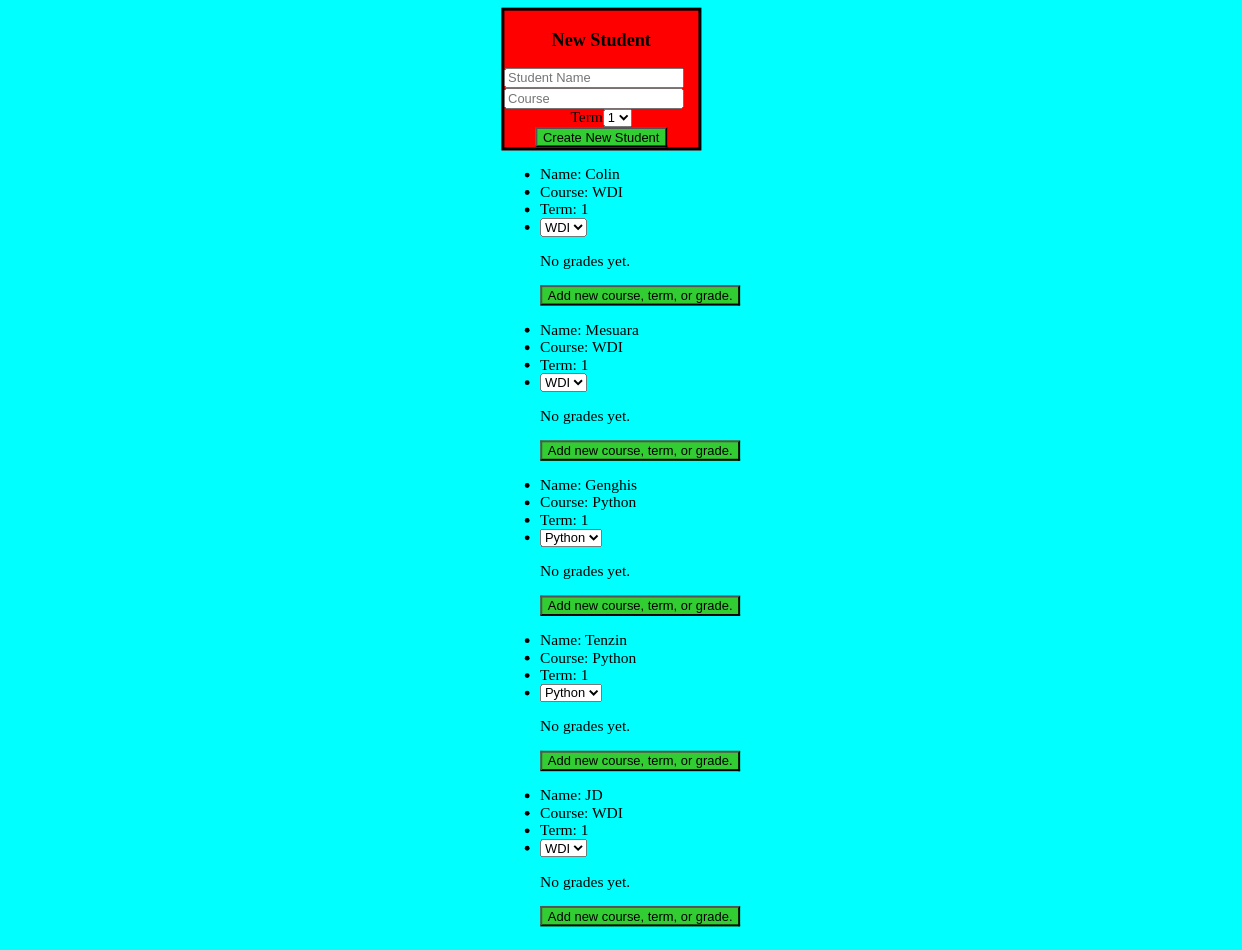
Repository: EdmontDantes/graderaide-ui
Page: index.html
The author's editor kept a copy of each file at every save. The page is drawn from the files as they stood at one save, then again after a run of saves.
The browser window is 1280 px wide. The pictures show the whole page, at 97% of full size.

Above is the page before, as saved 2020-04-21 14:35:50.

After the next 5 saves:
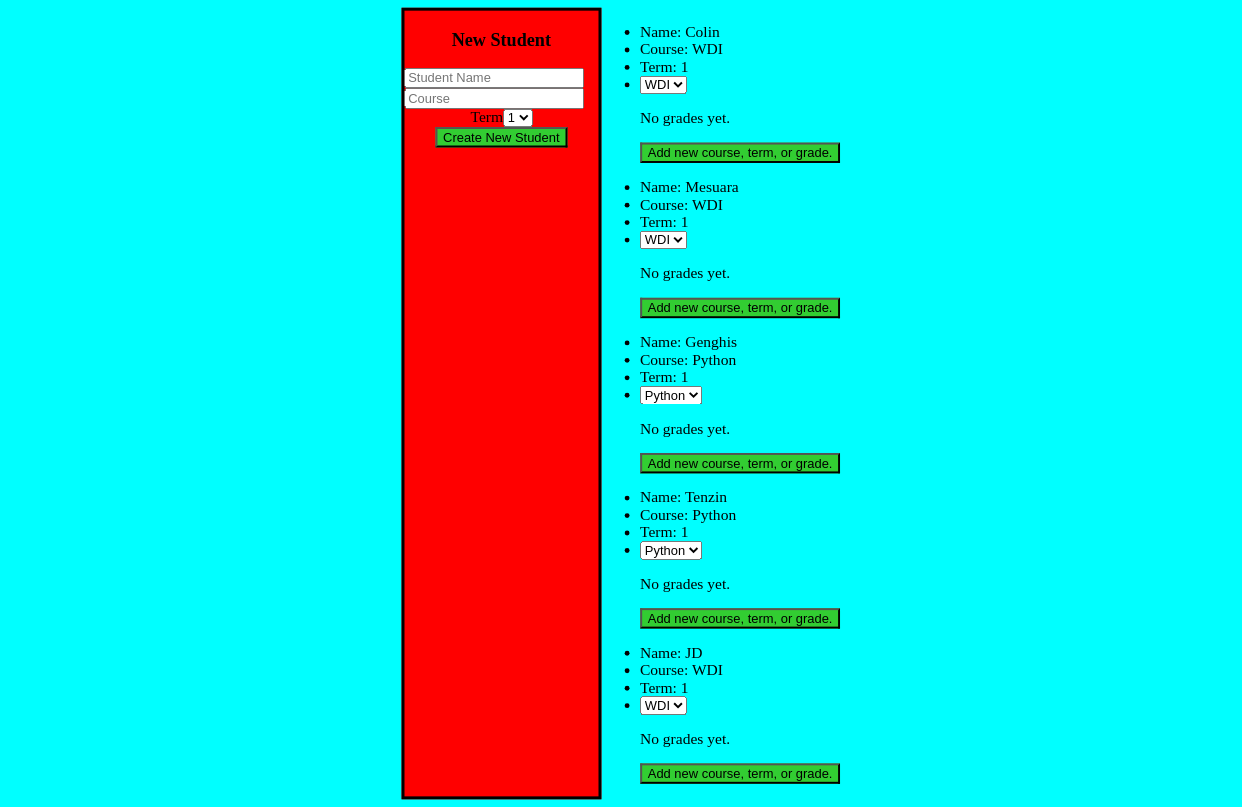
The 5 saves are shown as one change because they came seconds apart.
The last was saved 15 s later.
--- a/style.css
+++ b/style.css
@@ -6,6 +6,9 @@
     justify-content: center;
 }
 
+.app {
+    display: flex;
+}
 
 #text-h1-creation-section {
     display: flex;

After the 5 saves that followed:
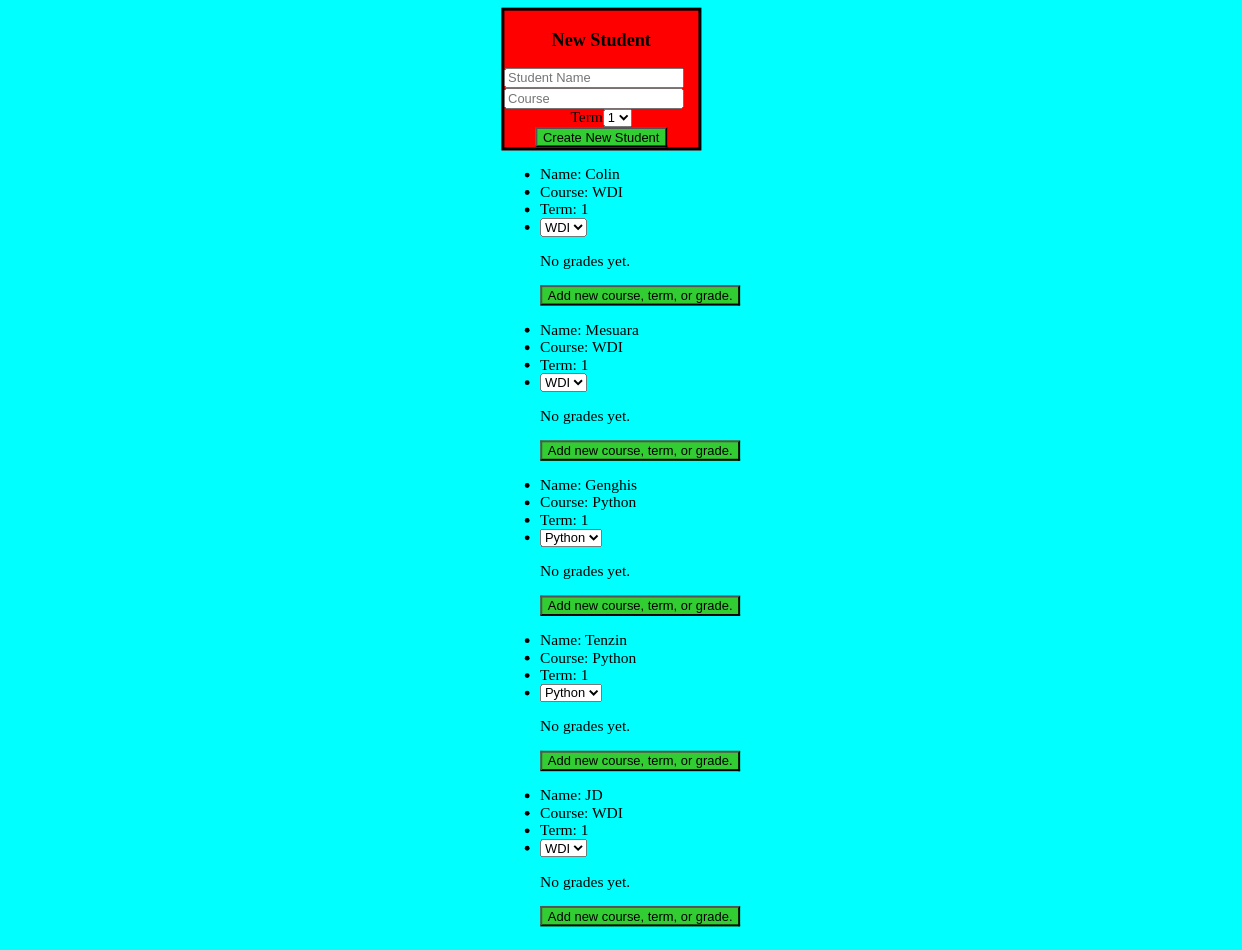
The 5 saves are shown as one change because 3 left the picture as it was and some came seconds apart.
The last was saved 29 s later.
--- a/style.css
+++ b/style.css
@@ -8,6 +8,7 @@
 
 .app {
     display: flex;
+    flex-direction: column;
 }
 
 #text-h1-creation-section {
